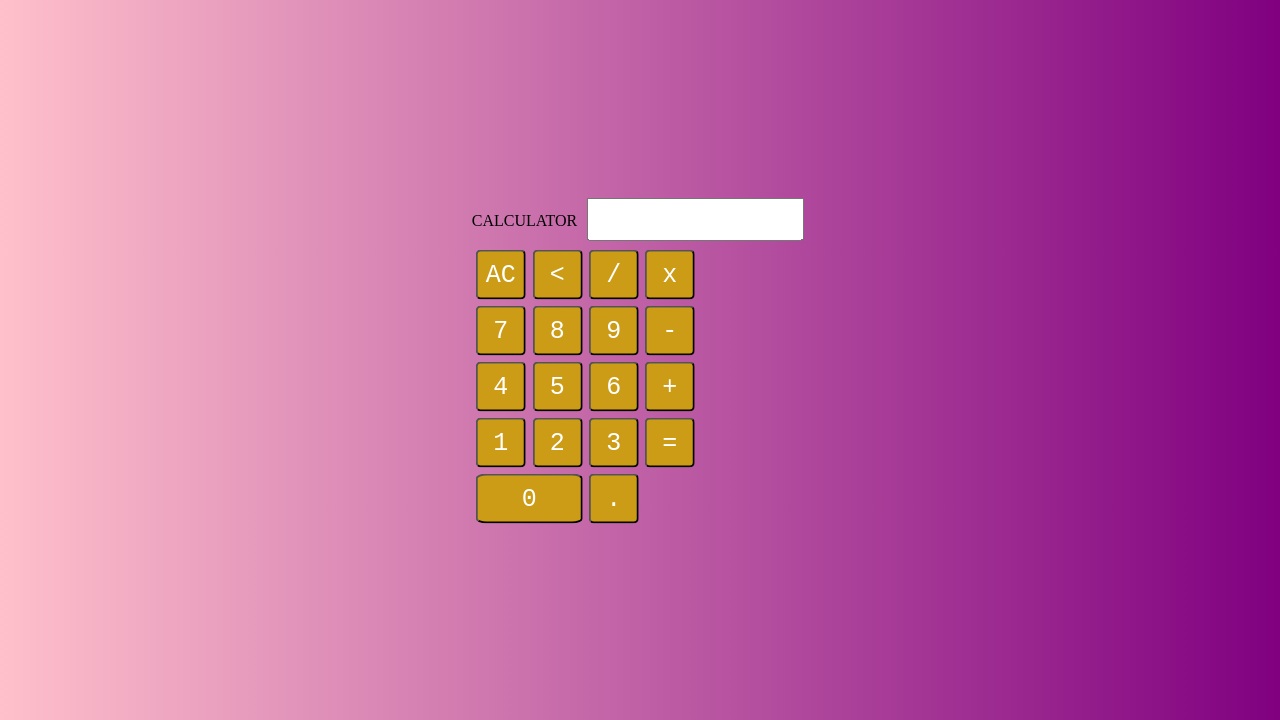
Repository: lacey-crenshaw/calculator
Page: index.html
The author's editor kept a copy of each file at every save. The page is drawn from the files as they stood at one save, then again after the next save.
The browser window is 1280 px wide. The pictures show the whole page.
Some web fonts or font styles are not loaded; a fallback is used.

Above is the page before, as saved 2020-02-14 10:18:48.

After the next save:
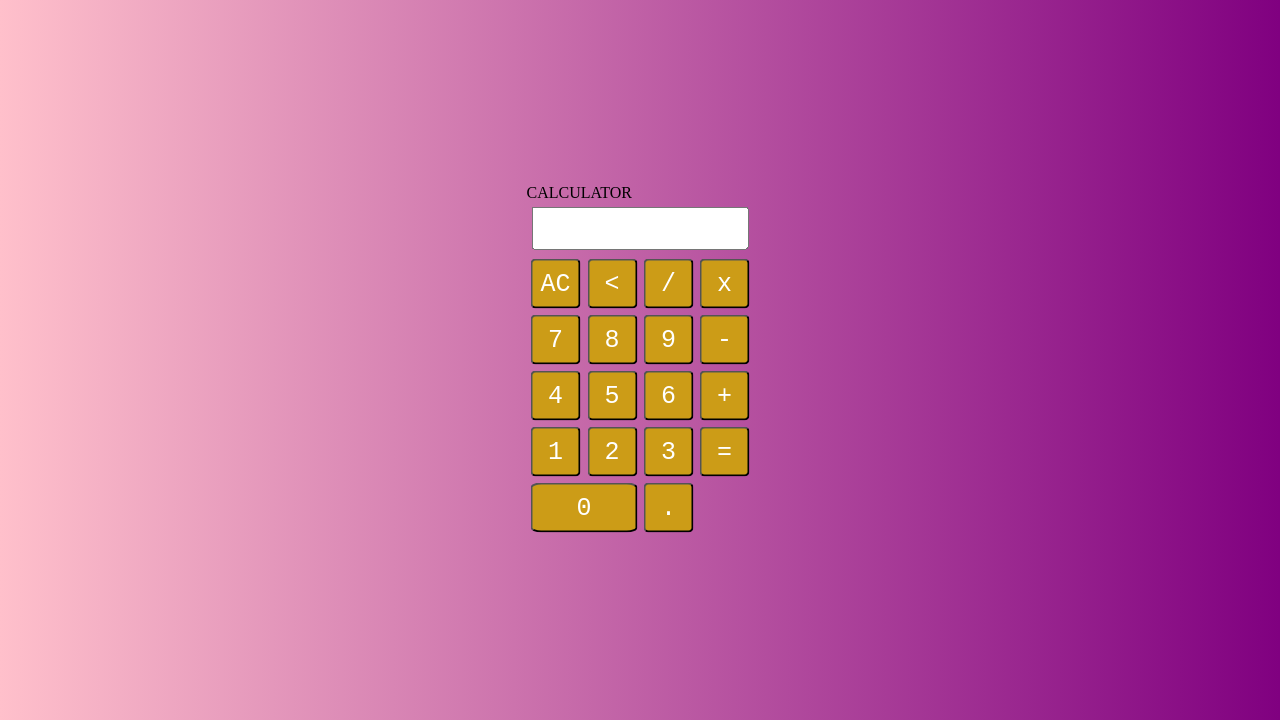
Saved 7 s later.
--- a/index.html
+++ b/index.html
@@ -30,7 +30,7 @@
     <div class="bg"></div>
     <div class="main">
         <form name="form">
-            <label for="form">CALCULATOR</label>
+            <label for="form">CALCULATOR</label><br>
             <input class="textview" name="textview">
         </form>
         <table>
